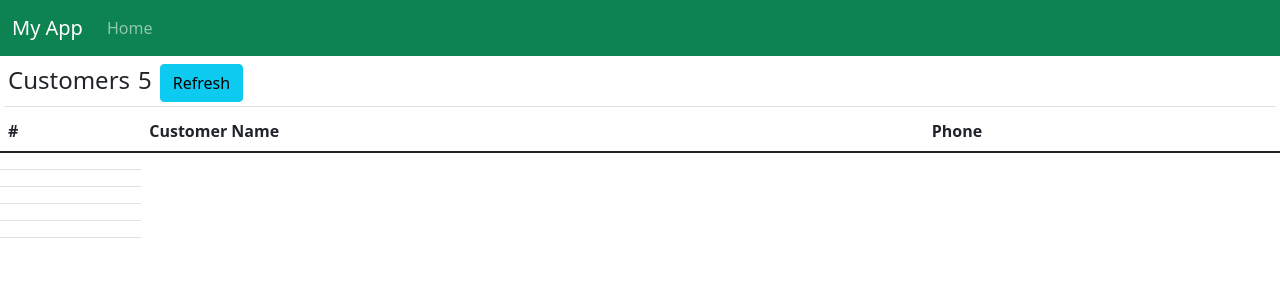
Repository: smit1298/e-commerce
Page: /
These files come from the project's save history. The page is drawn as it stood at one moment and after the next save; the edit follows.
The browser window is 1280 px wide. The pictures show the whole page.
The project was rebuilt for these pictures with package versions that can differ from the ones it lists, and the page was loaded fresh each time.

Above is the page before, as saved 2022-05-10 17:08:29.

### src/index.js
import React from "react";
import ReactDOM from "react-dom";
import "jquery";
import "popper.js/dist/umd/popper";
import "bootstrap/dist/js/bootstrap";
import "bootstrap/dist/css/bootstrap.css";
import "./index.css";
import App from "./App";

ReactDOM.render(<App />, document.getElementById("root"));

### src/index.css
* {
    box-sizing: border-box;
}

.highlight{
    background-color: #80c0b5;
}

.navbar-style{
    background-color: #0c8351 !important;
}

### src/App.jsx
import React, { Component } from "react";
import MainContent from "./MainContent";
import NavBar from "./NavBar";

export default class App extends Component {
  render() {
    return (
      <React.Fragment>
        <NavBar />
        <MainContent />
      </React.Fragment>
    );
  }
}

### src/MainContent.jsx
import React, { Component } from "react";

export default class MainContent extends Component {
  state = {
    pageTitle: "Customers",
    customersCount: 5,
    customers: [
      { id: 1, name: "scot", phone: "123-456" },
      { id: 2, name: "Jones", phone: "789-012" },
      { id: 3, name: "Alen", phone: "345-678" },
      { id: 4, name: "John", phone: "901-234" },
      { id: 5, name: "James", phone: "567-890" }
    ]
  };

  render() {
    return (
      <div>
        <h4 className="border-bottom m-1 p-1">
          {this.state.pageTitle}
          <span className="m-2">{this.state.customersCount}</span>
          <button className="btn btn-info" onClick={this.onRefreshClick}>
            Refresh
          </button>
        </h4>
        <table className="table">
          <thead>
            <tr>
              <th>#</th>
              <th>Customer Name</th>
              <th>Phone</th>
            </tr>
          </thead>
          <tbody>
            {this.state.customers.map(() => {
              return (
                <tr>
                  <td></td>
                </tr>
              );
            })}
          </tbody>
        </table>
      </div>
    );
  }

  //   Executes when the user clicks on refresh button
  onRefreshClick = () => {
    this.setState({
      customersCount: 7
    });
  };
}

### src/NavBar.jsx
import React, { Component } from "react";

class NavBar extends Component {
  render() {
    return (
      <React.Fragment>
        <nav className="navbar navbar-expand-lg navbar-dark bg-dark navbar-style">
          <div className="container-fluid">
            <a className="navbar-brand" href="/#">
              My App
            </a>
            <button
              className="navbar-toggler"
              type="button"
              data-bs-toggle="collapse"
              data-bs-target="#navbarSupportedContent"
              aria-controls="navbarSupportedContent"
              aria-expanded="false"
              aria-label="Toggle navigation"
            >
              <span className="navbar-toggler-icon"></span>
            </button>

            <div
              className="collapse navbar-collapse"
              id="navbarSupportedContent"
            >
              <ul className="navbar-nav me-auto mb-2 mb-lg-0">
                <li className="nav-item">
                  <a className="nav-link" href="/#">
                    Home
                  </a>
                </li>
              </ul>
            </div>
          </div>
        </nav>
      </React.Fragment>
    );
  }
}

export default NavBar;

Loaded but not shown: public/index.html (common file)

After the next save:
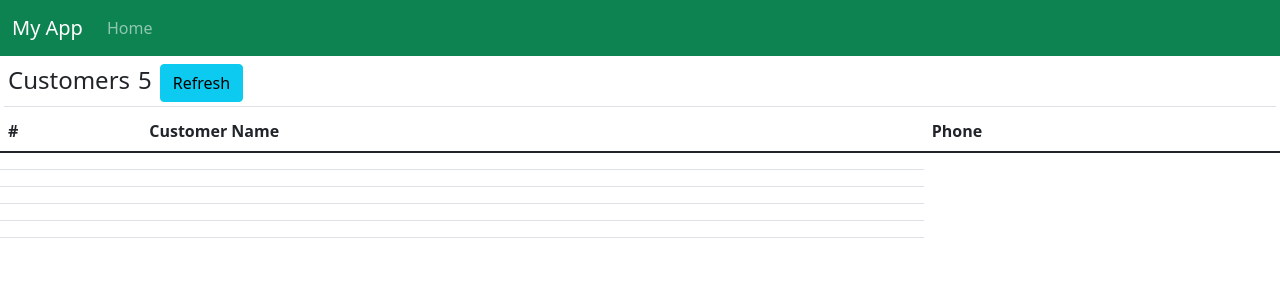
Saved 17 s later.
--- a/src/MainContent.jsx
+++ b/src/MainContent.jsx
@@ -36,6 +36,7 @@ export default class MainContent extends Component {
               return (
                 <tr>
                   <td></td>
+                  <td></td>
                 </tr>
               );
             })}
